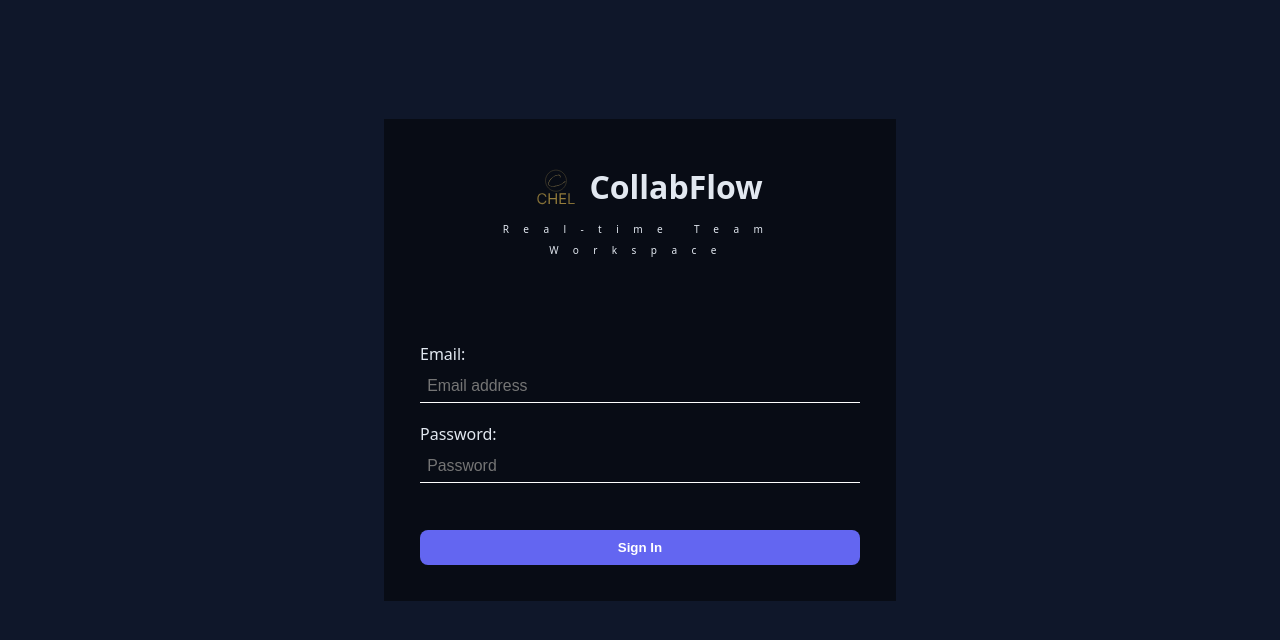
Repository: Lovethrech/collabflow
Page: /
An editor plug-in stored every save of this project. The page is shown before and after a run of saves, followed by the edit.
The browser window is 1280 px wide. The pictures show the whole page.
The project was rebuilt for these pictures with package versions that can differ from the ones it lists, and the page was loaded fresh each time. The framework's server and built-in components were replaced by stand-ins that run in the browser. Also part of the build but not shown: nuxt.config.ts.

Above is the page before, as saved 2026-05-20 20:02:43.

### app/assets/css/main.css
:root {
    --primary: #6366f1;
    --primary-dark: #4f46e5;
    --bg: #0f172a;
    --card: #1e2937;
    --card-hover: #334155;
    --text: #e2e8f0;
    --text-light: #94a3b8;
    --border: #475569;
}

* {
    margin: 0;
    padding: 0;
    box-sizing: border-box;
    outline: 0;
    text-decoration: none;
}

body {
    font-family: system-ui, -apple-system, BlinkMacSystemFont, 'Segoe UI', Roboto, sans-serif;
    background-color: var(--bg);
    color: var(--text);
    line-height: 2;
}

#app{
    min-height: 100vh;
}

.container {
    max-width: 1280px;
    margin: 0 auto;
    padding: 0 20px;
}

/* Basic button styles */
.btn {
    padding: 10px 20px;
    border: none;
    border-radius: 8px;
    font-weight: 600;
    cursor: pointer;
    transition: all 0.2s;
}

.btn-primary {
    background: var(--primary);
    color: white;
}

.btn-primary:hover {
    background: var(--primary-dark);
}

.flex-center-center{
    display: flex;
    place-items: center;
    justify-content: center;
}
.flex-row{
    display: flex;
    flex-direction: row;
}
.flex-column{
    display: flex;
    flex-direction: column;
}
.full-width-height{
    width: 100%;
    height: 100%;
}

### app/app.vue
<script setup>
useHead({
  meta: [
    { name: 'viewport', content: 'width=device-width, initial-scale=1' }
  ],
  link: [
    { rel: 'icon', href: '/favicon.ico' }
  ],
  htmlAttrs: {
    lang: 'en'
  }
})

const title = 'Chel CollabFlow'
const description = ''

useSeoMeta({
  title,
  description,
  ogTitle: title,
  ogDescription: description,
  ogImage: 'https://ui.nuxt.com/assets/templates/nuxt/starter-light.png',
  twitterCard: 'summary_large_image'
})
</script>

<template>
  <div id="app">
      <main>
        <NuxtPage />
      </main>
  </div>
</template>

### app/pages/index.vue
<script setup>
const title = 'Auth | Chel CollabFlow'
const description = ''
useSeoMeta({
    title,
    description
})
import {ref} from "vue";
import {useRouter} from "vue-router";

const router=useRouter();
const email=ref("");
const password=ref("");
const loading=ref(false);


</script>

<template>
    <div class="auth-page flex-center-center">
        <div class="auth-card">
            <div class="auth-title-ctn flex-row">
                <img src="/ChelModernLogo.svg" alt="">
                <h1>CollabFlow</h1>
            </div>
            <p class="title-desc">
                Real-time Team Workspace
            </p>
            <br/>
            <br/>
            <form @submit.prevent="">
                <div class="auth-form-label-and-input-ctn flex-column">
                    <label for="email">
                        Email:
                    </label>
                    <input
                        v-model="email"
                        type="email"
                        placeholder="Email address"
                        requires
                    />
                </div>
                <div class="auth-form-label-and-input-ctn flex-column">
                    <label for="password">
                        Password:
                    </label>
                    <input
                        v-model="password"
                        type="password"
                        placeholder="Password"
                        requires
                    />
                </div>
                <br/>
                <button type="submit" class="btn btn-primary full-width-height" :disabled="loading">
                    {{loading? "Signing in ..." : "Sign In"}}
                </button>
            </form>
        </div>
    </div>
</template>

<style scoped>
.auth-page{
    width: 100%;
    height: 100vh;
}
.auth-card{
    background-color: #0000007e;
    width: 40%;
    padding: 5vh;
}
.auth-title-ctn{
    justify-content: center;
}
.title-desc{
    text-align: center;
    letter-spacing: 2vh;
    font-size: 1.4vh;
}
.auth-title-ctn img{
    width: 10vh;
}
.auth-form-label-and-input-ctn{
    margin: 2vh 0;
}
.auth-form-label-and-input-ctn input{
    background-color: transparent;
    color: #ffffff;
    padding: 1vh;
    font-size: 2.2vh;
    border:0;
    border-bottom: 0.1vh solid #ffffff;
}

@media screen and (max-width: 950px){
    .auth-card{
        width: 90%;
        padding: 3vh;
    }
    .auth-title-ctn{
        flex-direction: column;
    }
    .auth-title-ctn img{
        margin: 0 auto;
    }
    .auth-title-ctn h1{
        text-align: center;
    }
    .title-desc{
        font-size:1.2vh;
    }
}
</style>

After the next 2 saves:
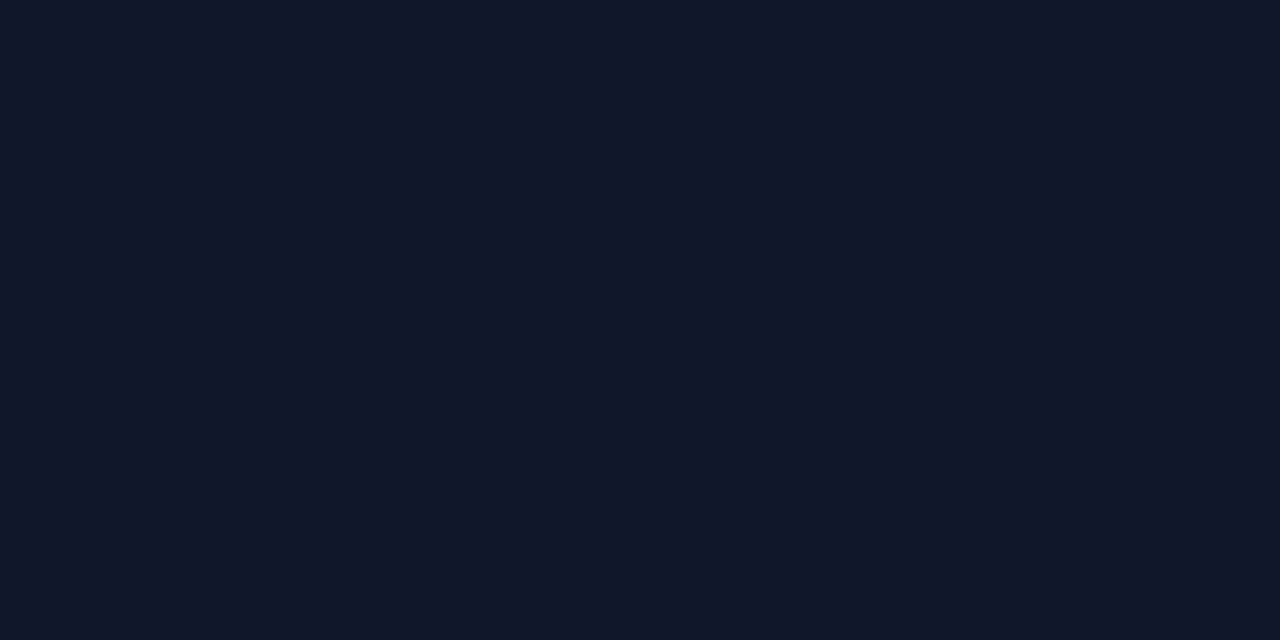
Console error: ReferenceError: async is not defined
The 2 saves are shown as one change because 1 did not build or start.
The last was saved 29 s later.
--- a/app/pages/index.vue
+++ b/app/pages/index.vue
@@ -13,7 +13,7 @@
 const password=ref("");
 const loading=ref(false);
 
-
+const handleLogin=async()
 </script>
 
 <template>

After the save that followed:
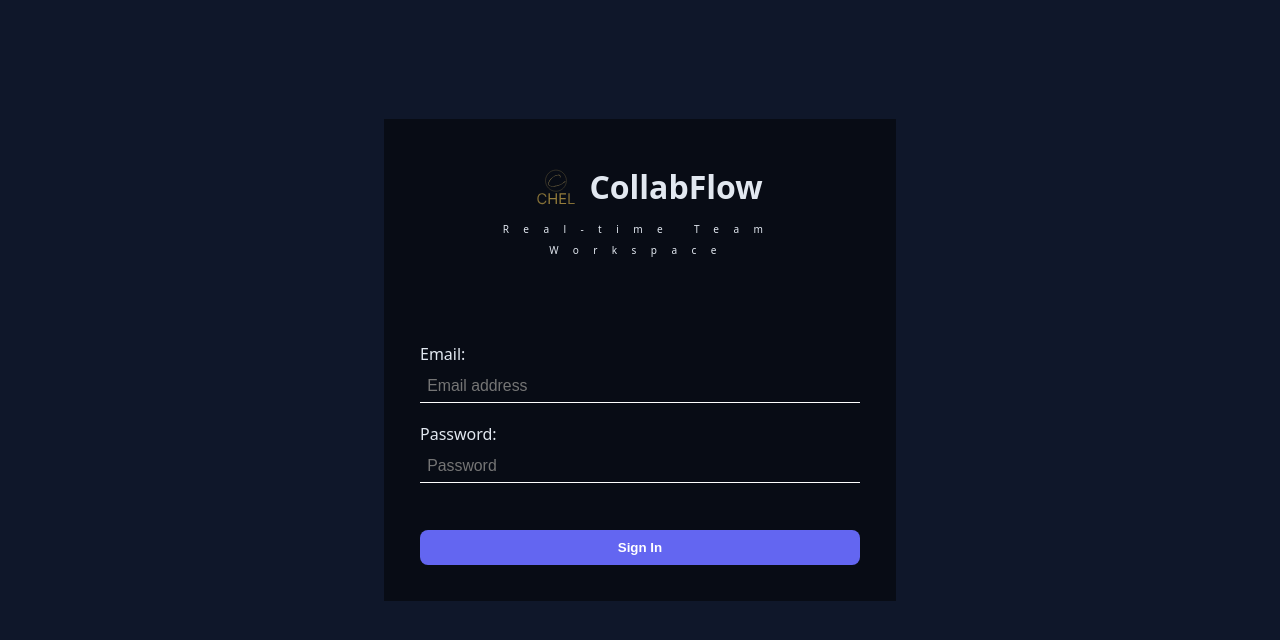
The error is gone.
Saved 4 s later.
--- a/app/pages/index.vue
+++ b/app/pages/index.vue
@@ -13,7 +13,9 @@
 const password=ref("");
 const loading=ref(false);
 
-const handleLogin=async()
+const handleLogin=async()=>{
+
+}
 </script>
 
 <template>
